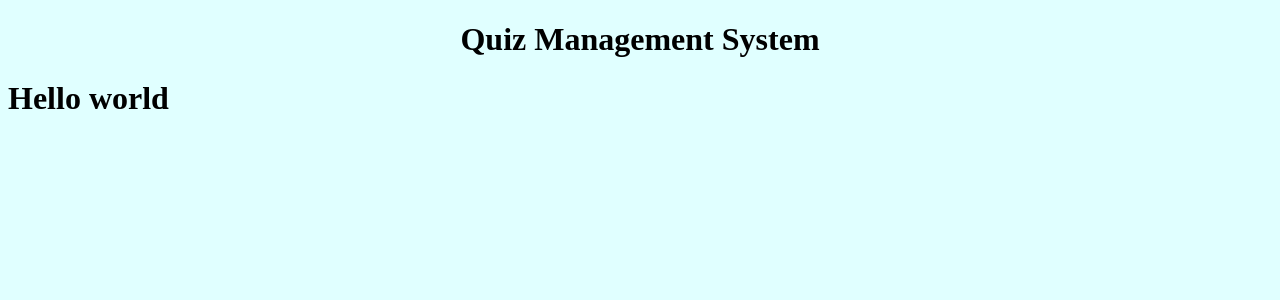
Repository: Rohitsenpai01/Quiz-Manangement-System
Page: http://localhost/WebQuizApp/
The author's editor kept a copy of each file at every save. The page is drawn from the files as they stood at one save, then again after the next save.
The browser window is 1280 px wide. The pictures show the whole page.
The page is served by Tomcat 9. Other server files are loaded and not shown.

Above is the page before, as saved 2025-12-28 07:01:10.

### WebQuizApp/WebQuizApp/src/main/webapp/index.jsp
<%@ page language="java" contentType="text/html; charset=UTF-8"
    pageEncoding="UTF-8"%>
<!DOCTYPE html>
<html>
<head>
<meta charset="UTF-8">
<title>Insert title here</title>
</head>
<body bgcolor="${initParam.theme}">
	<h1 style="text-align: center;">${initParam.appTitle}</h1>
	<h1>Hello world</h1>
</body>
</html>

After the next save:
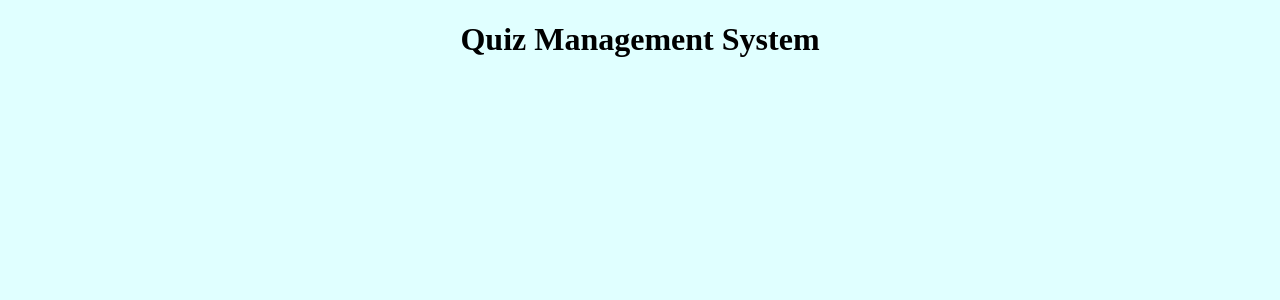
Saved 5 min 13 s later.
--- a/WebQuizApp/WebQuizApp/src/main/webapp/index.jsp
+++ b/WebQuizApp/WebQuizApp/src/main/webapp/index.jsp
@@ -8,6 +8,6 @@
 </head>
 <body bgcolor="${initParam.theme}">
 	<h1 style="text-align: center;">${initParam.appTitle}</h1>
-	<h1>Hello world</h1>
+
 </body>
 </html>
